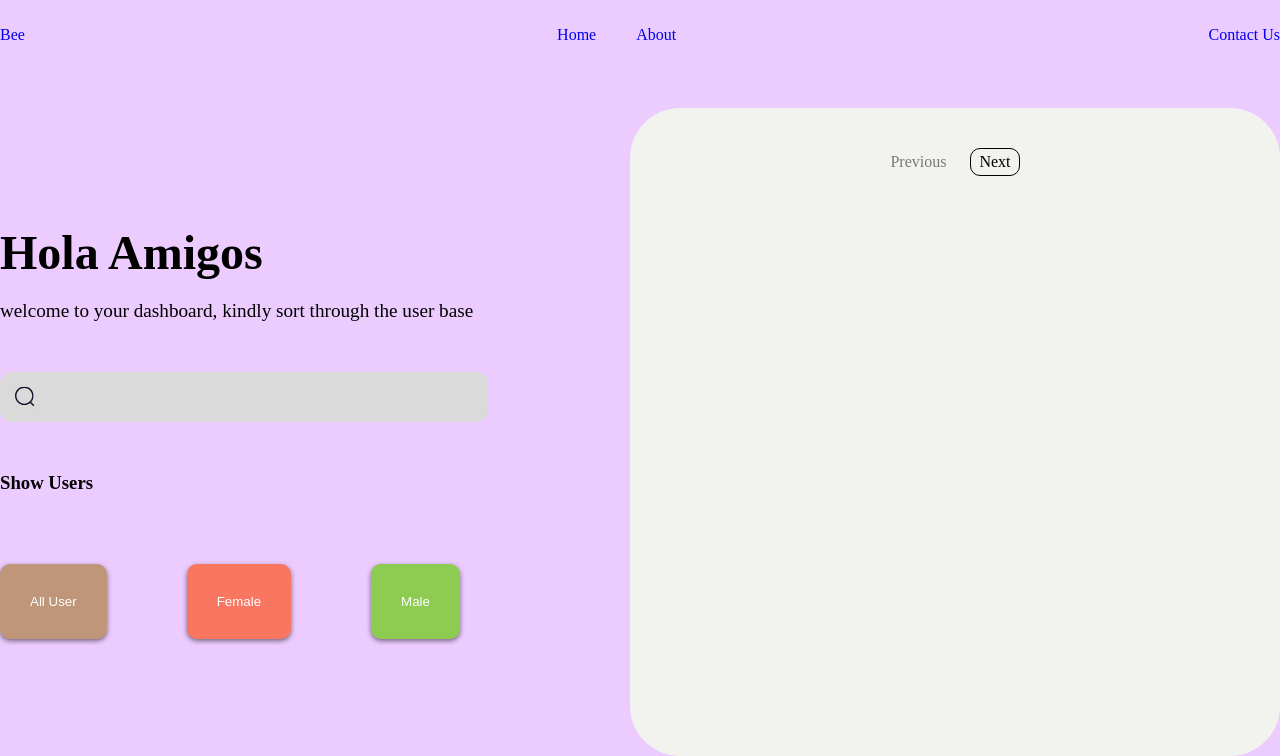
Repository: ble-syn/Random-user-generator-app
Page: /
The author's editor kept a copy of each file at every save. The page is drawn from the files as they stood at one save, then again after the next save.
The browser window is 1280 px wide. The pictures show the whole page.
The page's requests for data from a server got no answer. The project was rebuilt for these pictures with package versions that can differ from the ones it lists, and the page was loaded fresh each time. No one was signed in, and anything a server would have sent is missing. Also part of the build but not shown: src/components/ErrorBoundaries.jsx, src/pages/About.jsx, src/pages/Policy.jsx, src/pages/Terms.jsx, src/pages/Contact.jsx, src/pages/NotFound.jsx.

Above is the page before, as saved 2022-10-27 23:36:01.

### src/index.css
*{
  margin: 0;
  padding: 0;
  box-sizing: border-box;
}
a {
  text-decoration: none;
}

body {
  background-color: #ECCBFF;
}
.container {
  width: 100%;
  max-width: 1300px;
  margin: 0 auto;

}

nav {
  display: flex;
  justify-content: space-between;
  margin: 2% 0 5%;
}
.menu {
  margin: 0 20px;
}

.home-container{
  display: flex;

  align-items: center;
}
/* LEFT STYLES */
#left {
  flex: 5;
}
#left h1 {
  font-size: 3rem;
  font-weight: 700;
  margin-bottom: 20px;
}
#left p {
  font-size: 1.2rem;
  margin-bottom: 20px;
}
.search-input {
  width: 80%;
  background-color: #dadada;
  border-radius: 12px;
  border: none;
  display: flex;
  place-items: center;
  padding-left: 15px;
  margin: 50px 0;
}
input {
  border: none;
  border-radius: 12px;
  background-color: inherit;
  width: 100%;
  height: 50px;
  padding-left: 5px;
  font-size: 20px;
}
input:focus {
  outline: none;
}
input::placeholder {
  color: #171717;
}
.user-link-cont {
  margin-top: 70px;
}
.user-link{
  margin-right: 80px;
  padding: 30px;
  border-radius: 10px;
  color: #FFF;
  cursor: pointer;
  border: none;
  box-shadow: 0px 2px 5px  rgba(0, 0, 0, 0.5);
}
.all-user {
  background-color: #BF9679;
}
.f-user{
  background-color: #F97661;
}
.m-user{
background-color: #8DCC50;
}

#right{
  height: 90vh;
  flex: 5;
  margin-left: 20px;
  background-color: #F2F2EF;
  border-radius: 50px;
  padding: 20px;
}

.usercard {
  background-color: #F2F2EF;
  border-radius: 20px;
  display: flex;
  justify-content: space-between;
  align-items: center;
  padding: 20px;
  margin: 20px 0;
  box-shadow: 0px 2px 5px  rgba(0, 0, 0, 0.5);
}

img {
 border: 5px solid#8DCC50;
  border-radius: 50%;
  margin: 5px 0;
}

.pagination {
  display: flex;
  justify-content: center;
  align-items: center;
  gap: 12px;
  margin: 20px 0;
}

.pagination-num {
  display: flex;
  justify-content: center;
  align-items: center;
  gap: 12px;
}

.pagination-child,
.prev,
.next {
  opacity: 1;
  border: 1px solid #000;
  padding: 4px 8px;
  cursor: pointer;
  border-radius: 10px;
  transition: all 0.3s ease;
}

.pagination-child:hover,
.prev:hover,
.next:hover {
  transform: scale(1.1);
}

.disabled {
  opacity: 0.5;
  cursor: not-allowed;
}

### src/App.js
import { BrowserRouter as Router, Routes, Route, Navigate} from "react-router-dom";
import Navbar from "./components/Navbar";
import Home from "./pages/Home";
import About from "./pages/About";
import Policy from "./pages/Policy";
import Terms from "./pages/Terms";
import Contact from "./pages/Contact";
import NotFound from "./pages/NotFound";

function App() {
  return (
    <div className="container">
      <Router>
      <Navbar />
        <Routes>
          <Route path="/" element={<Home />} />
          <Route path="/about" element={<About />}>
            <Route path="policy" element={<Policy />} />
            <Route path="terms" element={<Terms />} />
          </Route>
          <Route path="/contact" element={<Contact />} />
          <Route path="/not-found" element={<NotFound />} />
          <Route path="*" element={<Navigate to="/not-found" />} />
        </Routes>
      </Router>

    </div>
  );
}

export default App;

### src/components/Navbar.jsx
import React from "react";
import { Link } from "react-router-dom";

function Navbar() {
    return (
      <nav className="header">
        <div className="logo">
          <Link to="/">Bee</Link>
        </div>


        <div>
            <Link to="/" className="menu">Home</Link>

            <Link to="/about" className="menu">About</Link>
        </div>
        <div>
            <Link to="/contact">Contact Us</Link>
        </div>
      </nav>
    );
  }

export default Navbar;

### src/pages/Home.jsx
import { useState, useEffect } from "react";
import Pagination from "../components/pagination";
import ErrorBoundary from "../components/ErrorBoundaries";
import { ReactComponent as Search } from "../assets/Search.svg"
import User from "../components/User";


function Home() {
  const [users, setUsers] = useState([]);
  // const [loading, setLoading] = useState(true);

  const [currentPage, setCurrentPage] = useState(1);
  const [usersPerPage] = useState(4);

  // get users from the randomuser api
  useEffect(() => {
    const fetchUsers = async () => {
      const res = await fetch("https://randomuser.me/api/?results=20");
      const data = await res.json();
      setUsers(data.results);
      // setLoading(false);
    };

    fetchUsers();
  }, []);

  // const female = async () => {
  //   const res = await fetch("https://randomuser.me/api/?results=20");
  //   const data = await res.json();
  //   setUsers(data.results.gender.female);
  // };
  // const male = async () => {
  //   const res = await fetch("https://randomuser.me/api/?results=20");
  //   const data = await res.json();
  //   setUsers(data.results.gender.female);
  // };
  //   loading state
  // if (loading) {
  //   return <Spinner />;
  // }

  //   pagination logic
  const indexOfLastUser = currentPage * usersPerPage;
  const indexOfFirstUser = indexOfLastUser - usersPerPage;
  const currentUsers = users.slice(indexOfFirstUser, indexOfLastUser);
  const numberOfPages = Math.ceil(users.length / usersPerPage);

  return (
    <div className="home-container">
      <div id="left">
        <h1>Hola Amigos</h1>
        <p>welcome to your dashboard, kindly sort through the user base</p>
        <form action="" className="search-input">
          <Search />
          <input type="text" name="" id="" />
        </form>
        <h3>Show Users</h3>
        <div className="user-link-cont">
        <button
        type="button"
        className="user-link all-user"
      >
        All User
      </button>
      <button
        type="button"
        className="user-link f-user"

      >
        Female
      </button>
      <button
        type="button"
        className="user-link m-user"


      >
        Male
      </button>
        </div>
      </div>


      <div id="right">
        <ErrorBoundary>
            <User currentUsers={currentUsers} />
          </ErrorBoundary>
          <ErrorBoundary>
            <Pagination
              numberOfPages={numberOfPages}
              currentPage={currentPage}
              setCurrentPage={setCurrentPage}
            />
        </ErrorBoundary>
      </div>
    </div>
  );
}

export default Home;

### src/components/pagination.jsx
import { useState, useEffect } from "react";

function Pagination({ numberOfPages, currentPage, setCurrentPage }) {
  const [disabledPrev, setDisabledPrev] = useState(true);
  const [disabledNext, setDisabledNext] = useState(true);

  const pageNum = [...Array(numberOfPages + 1).keys()].slice(1);

  const prevPage = () => {
    if (currentPage !== 1) {
      setCurrentPage(currentPage - 1);
    }
  };

  const nextPage = () => {
    if (currentPage !== numberOfPages) {
      setCurrentPage(currentPage + 1);
    }
  };

  useEffect(() => {
    if (currentPage > 1) {
      setDisabledPrev(false);
    } else {
      setDisabledPrev(true);
    }

    if (currentPage === numberOfPages) {
      setDisabledNext(true);
    } else {
      setDisabledNext(false);
    }
  }, [currentPage, numberOfPages]);

  return (
    <div>
      <section className="pagination">
        <div className={disabledPrev ? "disabled" : "prev"}>
          <p onClick={prevPage}>Previous</p>
        </div>
        <div className="pagination-num">
          {pageNum.map((num) => (
            <div key={num}>
              <p
                onClick={() => setCurrentPage(num)}
                className="pagination-child"
              >
                {num}
              </p>
            </div>
          ))}
        </div>
        <div className={disabledNext ? "disabled" : "next"}>
          <p onClick={nextPage}>Next</p>
        </div>
      </section>
    </div>
  );
}

export default Pagination;

### src/components/User.jsx
import React from "react";

function User({ currentUsers }) {
  return (
    <div className="">
      {currentUsers.map((user) => (
        <div key={user.login.uuid} className="usercard">
          <img src={user.picture.medium} alt={user.name.first} />
          <div>
             <h3>
              {user.name.first} {user.name.last}
            </h3>
            <p>{user.email}</p>
            <p>
              {user.location.city}, {user.location.country}
            </p>
          </div>
          <div>
            <p>{user.cell}</p>
          </div>

        </div>
      ))}
    </div>
  );
}

export default User;

Loaded but not shown: public/index.html (common file); src/index.js (common file); src/reportWebVitals.js (common file)

After the next save:
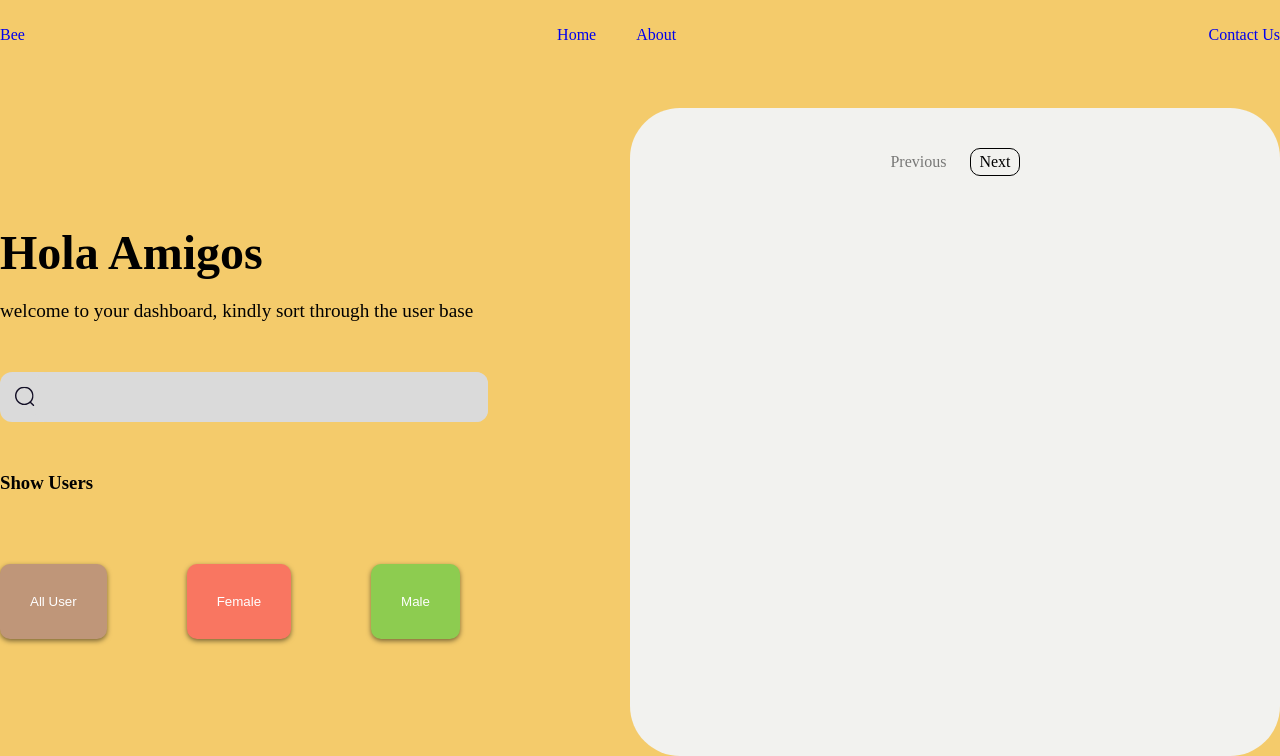
Saved 91 s later.
--- a/src/index.css
+++ b/src/index.css
@@ -8,7 +8,7 @@ a {
 }
 
 body {
-  background-color: #ECCBFF;
+  background-color: #F4CB6B;
 }
 .container {
   width: 100%;
